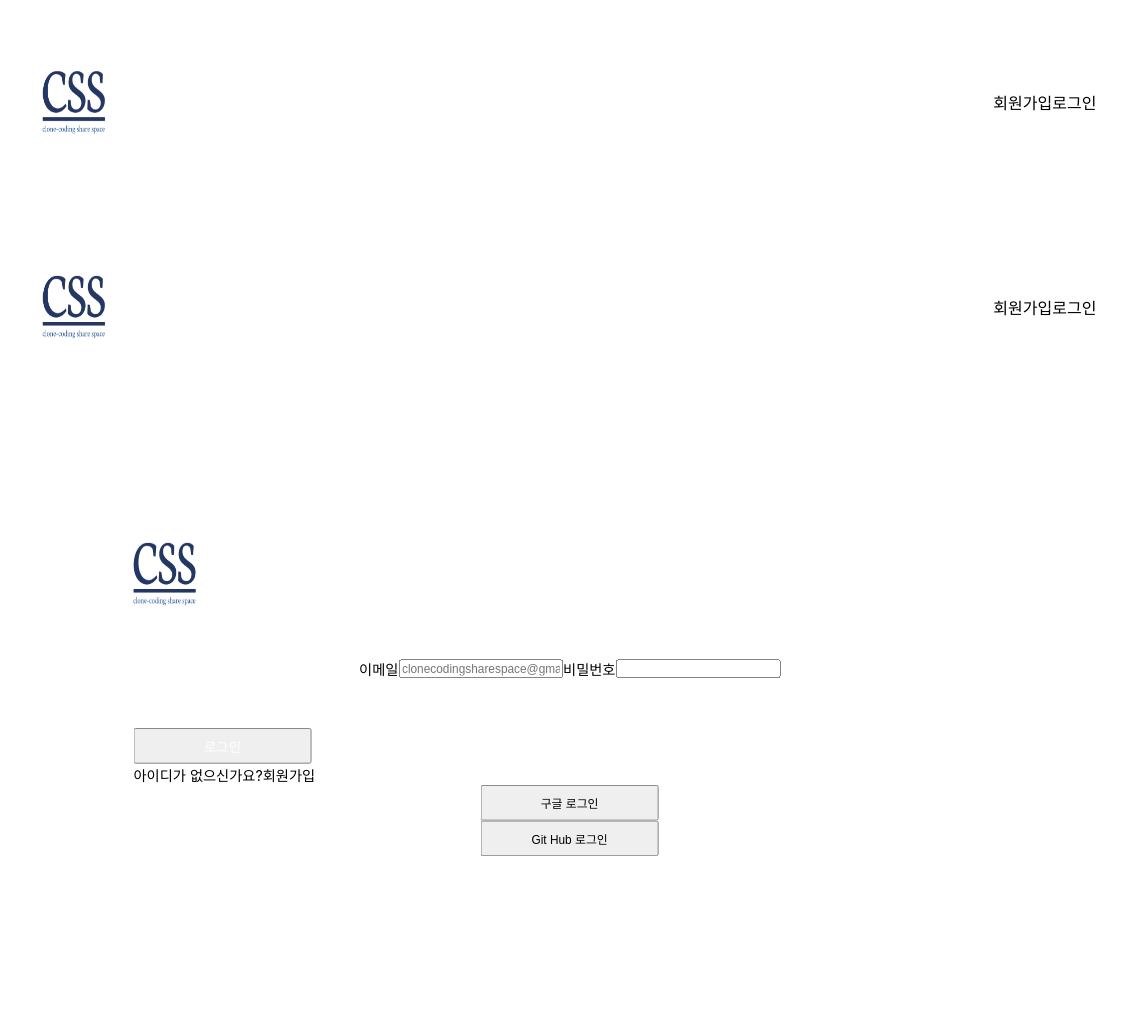
Repository: YS739/React-project-CSS
Page: /login
An editor plug-in stored every save of this project. The page is shown before and after the next save, followed by the edit.
The browser window is 1280 px wide. The pictures show the whole page, at 89% of full size.
The project was rebuilt for these pictures with package versions that can differ from the ones it lists, and the page was loaded fresh each time. Also part of the build but not shown: src/components/DetailPage/AddComment/style.js, src/components/DetailPage/AddComment/AddComment.jsx, src/common/firebase.ts, src/components/DetailPage/CommentList/style.js, src/components/DetailPage/Comment/style.js, src/components/DetailPage/Comment/Comment.jsx, src/components/DetailPage/CommentList/CommentList.tsx, src/components/DetailPage/DetailVideo/style.js and 13 more.

Above is the page before, as saved 2023-01-21 01:19:19.

### src/App.jsx
import { Fragment } from 'react';
import Header from './components/GlobalComponents/Header/Header';
import Router from './shared/Router';

function App() {
  return (
    <Fragment>
      <Header />
      <Router />
    </Fragment>
  );
}

export default App;

### src/components/GlobalComponents/Header/Header.jsx
import { Container, Logo, LoginToggle } from './style.js';
import { useNavigate } from 'react-router-dom';

const Header = () => {
  // const navigate = useNavigate();

  // 어느 페이지든 현재 로그인한 유저의 id를 가져오고 싶을 때
  let currentUserDi = localStorage.getItem('id');

  return (
    <Container>
      <Logo src={require('../../../assets/css_logo.png')} alt="css" />
      <LoginToggle>
        <div dp={currentUserDi !== null ? 'block' : 'none'}>회원가입</div>
        <div dp={currentUserDi !== null ? 'block' : 'none'}>로그인</div>
      </LoginToggle>
    </Container>
  );
};

export default Header;

### src/shared/Router.tsx
import { BrowserRouter, Route, Routes } from 'react-router-dom';
import DetailPage from '../pages/DetailPage/DetailPage';
import LoginPage from '../pages/LoginPage/LoginPage';
import MainPage from '../pages/MainPage/MainPage';
import MyPage from '../pages/MyPage/MyPage';
import SignUpPage from '../pages/SignUpPage/SignUpPage';
import Layout from '../components/GlobalComponents/Layout/Layout';

const Router = () => {
  return (
    <BrowserRouter>
      <Layout>
        <Routes>
          <Route path="/" element={<MainPage />} />
          <Route path="/detail/:videoId" element={<DetailPage />} />
          <Route path="/login" element={<LoginPage />} />
          <Route path="/signUp" element={<SignUpPage />} />
          <Route path="/my" element={<MyPage />} />
        </Routes>
      </Layout>
    </BrowserRouter>
  );
};

export default Router;

### src/components/GlobalComponents/Header/style.js
import styled from 'styled-components';

export const Container = styled.div`
  padding: 5rem 3rem;
  font-family: 'Montserrat', 'Noto Sans KR', sans-serif;
  /* font-size: 30px; */
  text-align: center;
  display: flex;
  justify-content: space-between;
  align-items: center;
`;
export const Logo = styled.img`
  width: 70px;
  height: 70px;
  justify-content: center;
`;
export const LoginToggle = styled.div`
  display: flex;
  align-items: center;
  font-size: 18px;
`;

### src/pages/LoginPage/LoginPage.jsx
import {
  Logo,
  LoginContainer,
  Form,
  SignUp,
  BlueButton,
  Button,
  SocialLogin,
} from './style';

const LoginPage = () => {
  return (
    <LoginContainer>
      <Logo src={require('../../assets/css_logo.png')} alt="css" />
      <Form>
        이메일
        <input placeholder={'clonecodingsharespace@gmail.com'} />
        비밀번호
        <input />
      </Form>
      <BlueButton>로그인</BlueButton>

      <SignUp>
        <div>아이디가 없으신가요?</div>
        <div> 회원가입</div>
      </SignUp>
      <SocialLogin>
        <Button>구글 로그인</Button>
        <Button>Git Hub 로그인</Button>
      </SocialLogin>
    </LoginContainer>
  );
};

export default LoginPage;

### src/components/GlobalComponents/Layout/Layout.tsx
import { LayOut } from './style';
import Header from '../Header/Header';
// TODO: 컴포넌트 빼서 if문으로 로그인/글작성/마이페이지 보이게

// TODO: any 수정하기
const Layout = ({ children }: any) => {
  return (
    <LayOut>
      <Header />
      <div>{children}</div>
    </LayOut>
  );
};

export default Layout;

### src/pages/LoginPage/style.js
import styled from 'styled-components';

export const Logo = styled.img`
  width: 70px;
  height: 70px;
  justify-content: center;
`;

export const LoginContainer = styled.div`
  padding: 50px;
  margin: 100px;
`;

export const Form = styled.form`
  display: flex;
  justify-content: center;
  align-items: center;
  padding: 50px;
  margin: 5px;
`;

export const SignUp = styled.div`
  display: flex;
  align-items: center;
`;

export const BlueButton = styled.button`
  background-color: '#243763';
  width: 200px;
  height: 40px;
  color: white;
  font-size: 15px;
  cursor: pointer;
`;

export const Button = styled.button`
  width: 200px;
  height: 40px;
  cursor: pointer;
`;

export const SocialLogin = styled.div`
  display: flex;
  flex-direction: column;
  align-items: center;
  margin-bottom: 20px;
  padding-bottom: 20px;
`;

### src/components/GlobalComponents/Layout/style.ts
import styled from 'styled-components';

export const LayOut = styled.div`
  display: flex;
  flex-direction: column;
`;

Loaded but not shown: public/index.html (common file); src/index.tsx (common file); src/index.css (common file); src/reportWebVitals.ts (common file)

After the next save:
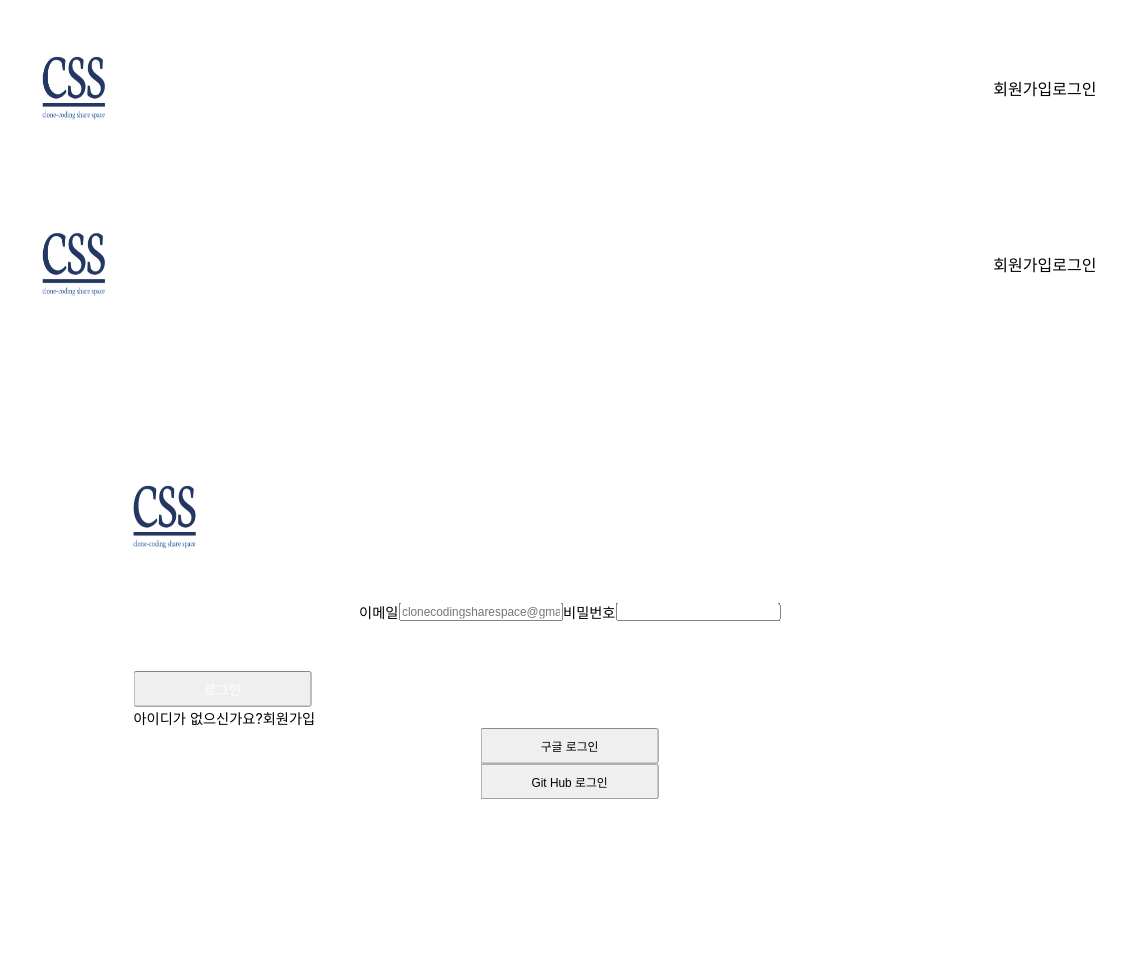
Saved 4 s later.
--- a/src/components/GlobalComponents/Header/style.js
+++ b/src/components/GlobalComponents/Header/style.js
@@ -1,7 +1,7 @@
 import styled from 'styled-components';
 
 export const Container = styled.div`
-  padding: 5rem 3rem;
+  padding: 4rem 3rem;
   font-family: 'Montserrat', 'Noto Sans KR', sans-serif;
   /* font-size: 30px; */
   text-align: center;
